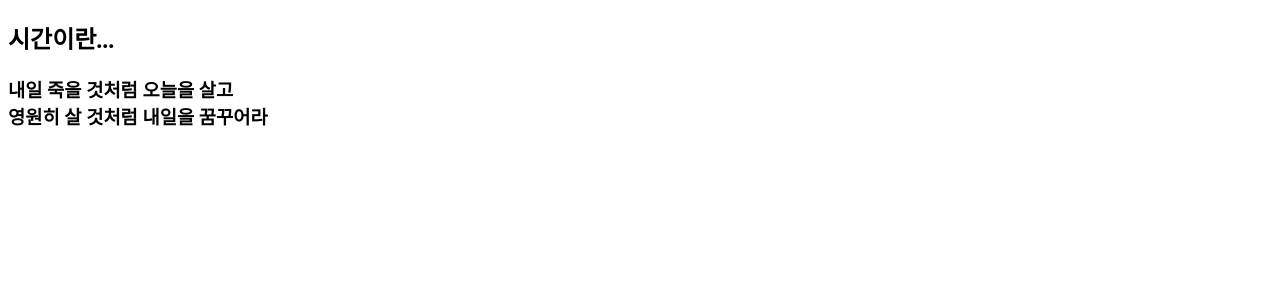
Repository: Kongnamu/JSPworks
Page: http://localhost/jwbook/Time.jsp
The author's editor kept a copy of each file at every save. The page is drawn from the files as they stood at one save, then again after the next save.
The browser window is 1280 px wide. The pictures show the whole page.
The page is served by Tomcat 9.

Above is the page before, as saved 2023-11-20 02:56:51.

After the next save:
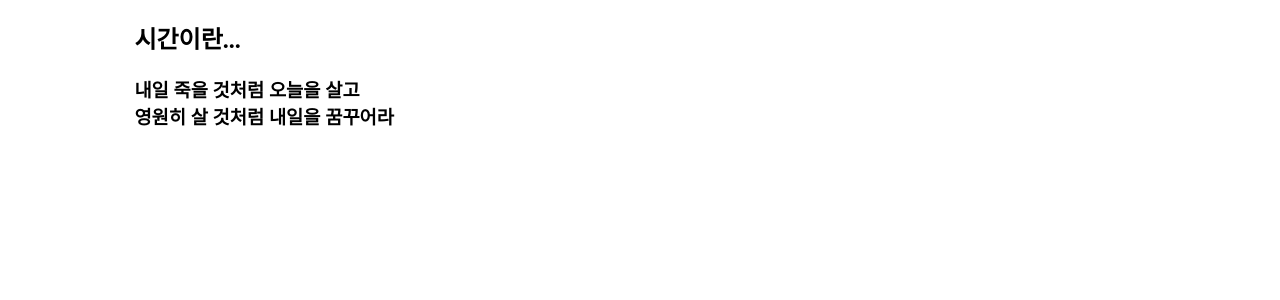
Saved 44 s later.
--- a/jwbook/src/main/webapp/Time.jsp
+++ b/jwbook/src/main/webapp/Time.jsp
@@ -6,6 +6,9 @@
 <meta charset="UTF-8">
 <meta name = "viewport" content="width=device=width, initial=sacle=1.0">
 <title>시간이란...</title>
+<style>
+	#wrap{width: 80%; margin: 0 auto;}
+</style>
 </head>
 <body>
 	<div id="wrap">
